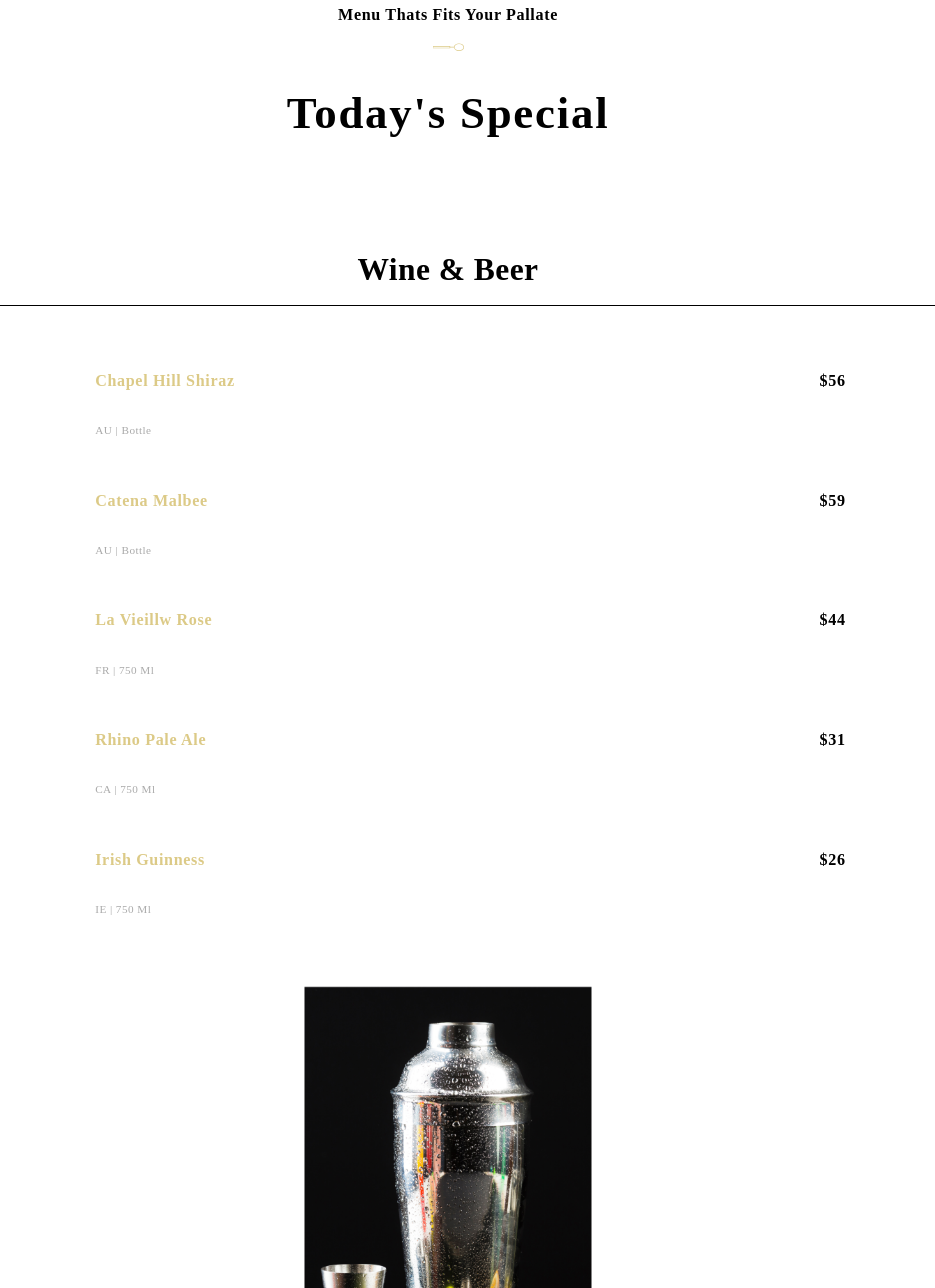
Repository: remydev47/restaurant
Page: /
An editor plug-in stored every save of this project. The page is shown before and after the next save, followed by the edit.
The browser window is 1280 px wide. The page is 1336 px wide, so the pictures cover 1336 px, including what lies to the right of the window. The pictures show the part of the page from y = 2469 to 4309 px (the page is 5846 px tall), at 70% of full size.
Backgrounds fixed to the window are drawn as part of the page. The project was rebuilt for these pictures with package versions that can differ from the ones it lists, and the page was loaded fresh each time. Also part of the build but not shown: src/container/Chef/Chef.css, src/components/Footer/Newsletter.jsx, src/components/Footer/FooterOverlay.jsx. Imported but missing from the stored project, and not drawn on this page: src/assets/meal.mp4.

Above is the page before, as saved 2022-03-16 17:37:28.

After the next save:
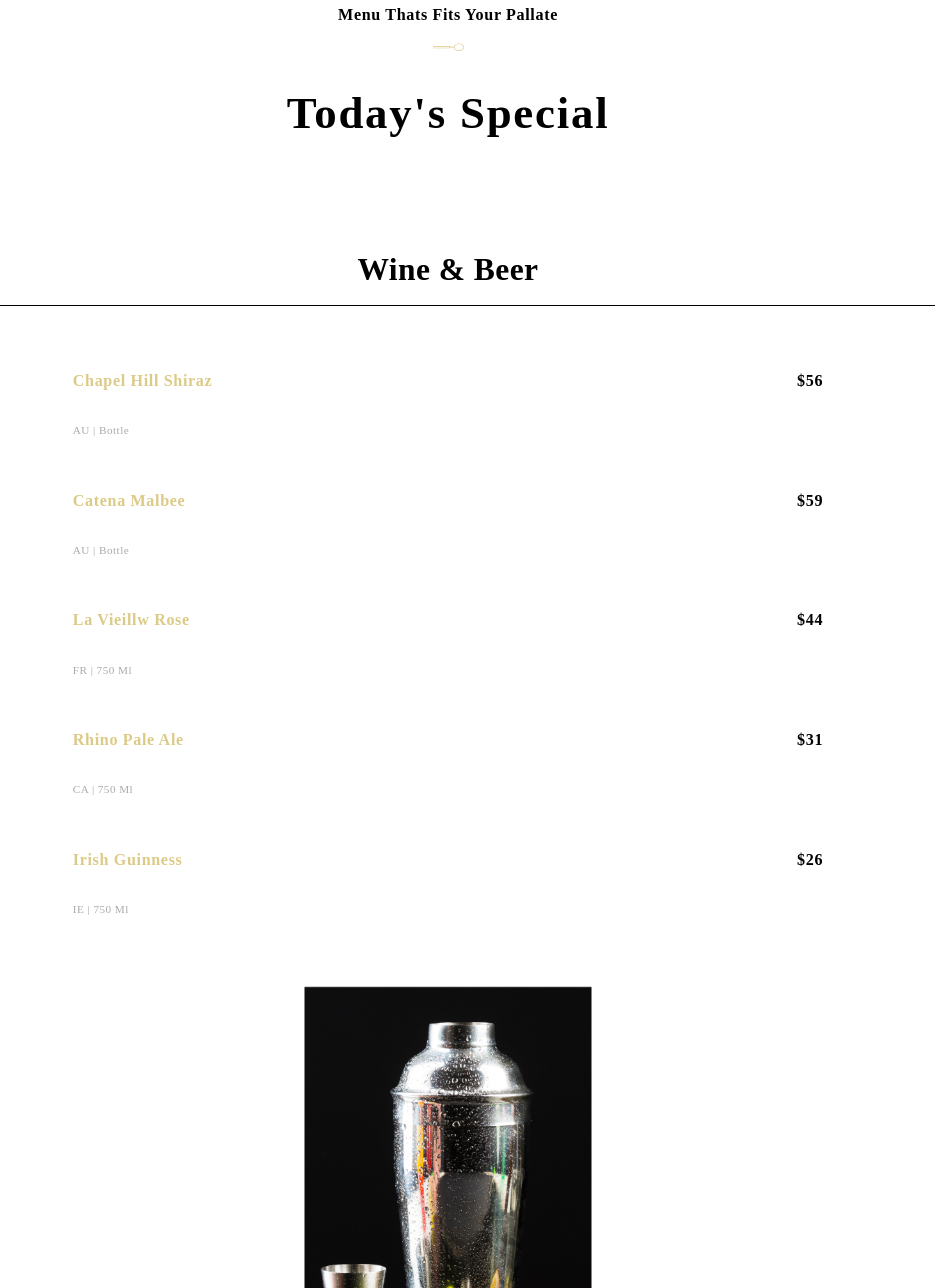
Saved 60 s later.
--- a/src/container/Menu/SpecialMenu.css
+++ b/src/container/Menu/SpecialMenu.css
@@ -55,6 +55,8 @@ flex-direction: column;
 @media screen and (max-width: 2000px) {
     .app__specialMenu-menu {
         flex-direction: column;
+        align-items: center;
+        width: 100%;
     }
 }
 
